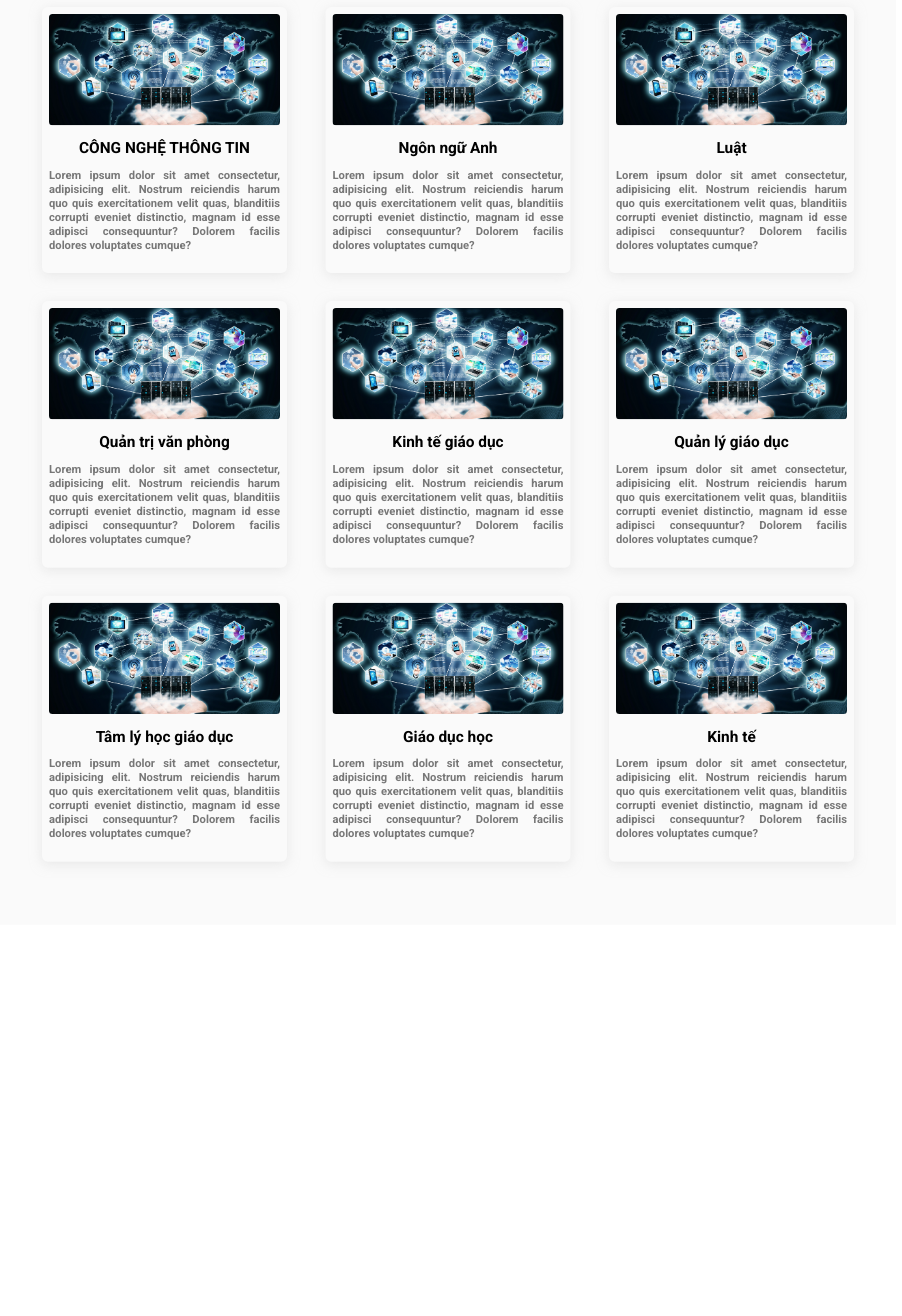
Repository: hongphuck1/trangweb1
Page: index.html
These files come from the project's save history. The page is drawn as it stood at one moment and after the next save; the edit follows.
The browser window is 1280 px wide. The page is 1288 px wide, so the pictures cover 1288 px, including what lies to the right of the window. The pictures show the part of the page from y = 2090 to 3970 px (the page is 4941 px tall), at 70% of full size.

Above is the page before, as saved 2021-09-07 02:19:33.

### index.html
<!DOCTYPE html>
<html lang="en">

<head>
  <meta charset="UTF-8" />
  <meta name="viewport" content="width=device-width, initial-scale=1, shrink-to-fit=no" />
  <meta http-equiv="x-ua-compatible" content="ie=edge" />
  <title>Material Design for Bootstrap</title>
  <!-- MDB icon -->
  <link rel="icon" href="img/SSS1.png" type="image/x-icon" />
  <!-- Font Awesome -->
  <link rel="stylesheet" href="https://use.fontawesome.com/releases/v5.15.2/css/all.css" />
  <!-- Google Fonts Roboto -->
  <link rel="stylesheet" href="https://fonts.googleapis.com/css2?family=Roboto:wght@300;400;500;700;900&display=swap" />
  <!-- MDB -->
  <link rel="stylesheet" href="css/style.css" />
  <link rel="stylesheet" href="css/base.css" />
  <link rel="stylesheet" href="css/grid.css" />
  <link rel="stylesheet" href="css/mdb.min.css" />
</head>

<body>
  <!-- Start your project here-->
  <div class="main">
    <!--Main Navigation-->
    <header>


      <!-- Navbar -->
      <nav class="navbar--opacity navbar navbar-expand-lg navbar-light fixed-top mask-custom shadow-0">
        <div class="container">

          <a class="navbar-brand nav-link" target="_blank" href="https://mdbootstrap.com/docs/standard/">
            <strong style="font-size: 2.2rem;">MRC</strong>
          </a>
          <button class="navbar-toggler navbar-toggler--opacity" type="button" data-mdb-toggle="collapse"
            data-mdb-target="#navbarSupportedContent" aria-controls="navbarSupportedContent" aria-expanded="false"
            aria-label="Toggle navigation">
            <i style="color: #ccc" class="fas fa-bars"></i>
          </button>
          <div class="collapse navbar-collapse" id="navbarSupportedContent">
            <ul class="navbar-nav me-auto mb-2 mb-lg-0">
              <li class="nav-item active">
                <a class="nav-link" aria-current="page" href="#intro">Giới thiệu</a>
              </li>
              <li class="nav-item">
                <a class="nav-link" href="https://www.facebook.com/MRC.NAEM" rel="nofollow" target="_blank">Hỏi đáp</a>
              </li>
              <li class="nav-item">
                <a class="nav-link" href="https://www.facebook.com/MRC.NAEM" target="_blank">Bài viết</a>
              </li>
              <li class="nav-item">
                <a class="nav-link" href="https://www.facebook.com/messages/t/101815085369835" target="_blank">Liên
                  hệ</a>
              </li>
            </ul>
            <ul class="navbar-nav list-inline">
              <!-- Icons -->
              <li class="">
                <a class="nav-link" href="https://www.youtube.com/channel/UCjl0s7v8m8V4IzuAS1fH-iA" rel="nofollow"
                  target="_blank">
                  <i class="fab fa-youtube"></i>
                </a>
              </li>
              <li class="">
                <a class="nav-link" href="https://www.facebook.com/MRC.NAEM" rel="nofollow" target="_blank">
                  <i class="fab fa-facebook-f"></i>
                </a>
              </li>
              <li class="nav-item">
                <a class="nav-link" href="https://www.tiktok.com/@mrcnaem" rel="nofollow" target="_blank">
                  <i class="fab fa-tiktok"></i>
                </a>
              </li>
              <li class="nav-item">
                <a class="nav-link" href="tel: 0349167687" rel="nofollow" target="_blank">
                  <i class="fas fa-envelope"></i>
                </a>
              </li>
            </ul>
          </div>
        </div>
      </nav>

      <!-- Carousel wrapper -->
      <div id="introCarousel" class="carousel slide carousel-fade shadow-2-strong" data-mdb-ride="carousel">
        <!-- Indicators -->
        <ol class="carousel-indicators">
          <li data-mdb-target="#introCarousel" data-mdb-slide-to="0" class="active"></li>
          <li data-mdb-target="#introCarousel" data-mdb-slide-to="1"></li>
          <li data-mdb-target="#introCarousel" data-mdb-slide-to="2"></li>
        </ol>

        <!-- Inner -->
        <div class="carousel-inner">
          <!-- Single item -->
          <div class="carousel-item active">
            <div class="mask" style="background-color: rgba(0, 0, 0, 0.6);">
              <div class="d-flex justify-content-center align-items-center h-100">
                <div class="text-white text-center">
                  <h1 style="font-size: 2.4rem;" class="mb-3">CLB TUYỂN SINH VÀ TRUYỀN THÔNG - MRC NAEM</h1>
                  <h5 style="font-size: 1.2rem;" class="mb-4">Hỗ trợ tư vấn - hướng nghiệp, trả lời những thắc mắc cho
                    học sinh và phụ huynh.</h5>

                  <a style="font-size: 1.8rem; " class="btn-DANGKI btn btn-outline-light btn-lg m-2"
                    href="https://www.facebook.com/MRC.NAEM" target="_blank" role="button">Đăng kí ngay</a>
                </div>
              </div>
            </div>
          </div>

          <!-- Single item -->
          <div class="carousel-item">
            <div class="mask" style="background-color: rgba(0, 0, 0, 0.3);">
              <div class="d-flex justify-content-center align-items-center h-100">
                <div class="text-white text-center">
                  <h1 style="font-size: 2.4rem;" class="mb-3">CLB TUYỂN SINH VÀ TRUYỀN THÔNG - MRC NAEM</h1>
                  <h5 style="font-size: 1.2rem;" class="mb-4">Hỗ trợ tư vấn - hướng nghiệp, trả lời những thắc mắc cho
                    học sinh và phụ huynh.</h5>

                  <a style="font-size: 1.8rem; " class="btn-DANGKI btn btn-outline-light btn-lg m-2"
                    href="https://www.facebook.com/MRC.NAEM" target="_blank" role="button">Đăng kí ngay</a>
                </div>
              </div>
            </div>
          </div>

          <!-- Single item -->
          <div class="carousel-item">
            <div class="mask" style="
                background: linear-gradient(
                  45deg,
                  rgba(29, 236, 197, 0.7),
                  rgba(91, 14, 214, 0.7) 100%
                );
              ">
              <div class="d-flex justify-content-center align-items-center h-100">
                <div class="text-white text-center">
                  <h1 style="font-size: 2.4rem;" class="mb-3">CLB TUYỂN SINH VÀ TRUYỀN THÔNG - MRC NAEM</h1>
                  <h5 style="font-size: 1.2rem;" class="mb-4">Hỗ trợ tư vấn - hướng nghiệp, trả lời những thắc mắc cho
                    học sinh và phụ huynh.</h5>

                  <a style="font-size: 1.8rem; " class="btn-DANGKI btn btn-outline-light btn-lg m-2"
                    href="https://www.facebook.com/MRC.NAEM" target="_blank" role="button">Đăng kí ngay</a>
                </div>
              </div>
            </div>
          </div>
        </div>
        <!-- Inner -->

        <!-- Controls -->
        <a class="carousel-control-prev" href="#introCarousel" role="button" data-mdb-slide="prev">
          <span class="carousel-control-prev-icon" aria-hidden="true"></span>
          <span class="sr-only">Previous</span>
        </a>
        <a class="carousel-control-next" href="#introCarousel" role="button" data-mdb-slide="next">
          <span class="carousel-control-next-icon" aria-hidden="true"></span>
          <span class="sr-only">Next</span>
        </a>
      </div>
      <!-- Carousel wrapper -->
    </header>


    <section>
      <div class="container-body">
        <div class="container-body-name">
          <h1>Thông Tin Tuyển Sinh</h1>
        </div>

        <div class="row">
          <div class="col l-6">
            <div class="container-body-content">
              <h2 class="container-body-content__name">Các Phương Án Xét Tuyển</h2>
              <div class="container-body-content-attention">
                <i class="fas fa-check-double"></i>
                <h4>Dựa vào học bạ (Điểm HK1 & HK2 lớp 11 và điểm HK1 lớp 12)</h4>
              </div>
              <div class="container-body-content-attention">
                <i class="fas fa-check-double"></i>
                <h4>Sử dụng kết quả thi THPT 2021</h4>
              </div>
              <div class="container-body-content-attention">
                <i class="fas fa-check-double"></i>

                <h4>Tuyển thẳng</h4>
              </div>
              <div class="container-body-content-attention">
                <i class="far fa-bell"></i>
                <h4>Cơ hội trúng tuyển cao khi có tới 70% chỉ tiêu qua xét tuyển học bạ</h4>
              </div>
              <div class="container-body-content-attention">
                <i class="far fa-plus-square"></i>
                <h4>Đặc biệt sinh viên được phép học thêm một ngành khác tại Học viện (Luật, Ngôn ngữ Anh, Tâm lý giáo
                  dục, Quản trị văn phòng, Giáo dục học, Quản lý giáo dục và Kinh tế giáo dục)</h4>
              </div>
            </div>
          </div>
          <div class="col l-6">
            <div class="container-body-img">
              <img src="img/klipartz.com_-1024x586.png" alt="">
            </div>
          </div>
        </div>


      </div>

      <div class="container-body-review">
        <div class="grid wide">
          <div class="row">
            <div class="col l-12">
              <img src="img/1-1.png" alt="">
              <div class="container-body-review__name">
                Học Viện Quản Lý Giáo Dục
              </div>
              <div class="container-body-review__title">
                Học Viện Quản Lý Giáo Dục (NAEM) là cơ sở giáo dục đại học trực thuộc Bộ Giáo Dục và Đào Tạo. Với bề dày
                lịch sử gần nửa thế kỉ xây dựng và phát triển, Học viện luôn giữ vai trò tiên phong trong sự nghiệp đào
                tạo, bồi dưỡng nguồn nhân lực chất lượng cao.
              </div>
            </div>
          </div>
        </div>
      </div>

      <div class="container-body-subjects">
        <h1>TỔNG HỢP NGÀNH HỌC</h1>

        <div class="grid wide">
          <div class="row">
            <div class="col l-4">
              <div class="container-body-subject">
                <img src="img/congnghethongtin.png" alt="">
                <h2>CÔNG NGHỆ THÔNG TIN</h2>
                <h4>Lorem ipsum dolor sit amet consectetur, adipisicing elit. Nostrum reiciendis harum quo quis
                  exercitationem velit quas, blanditiis corrupti eveniet distinctio, magnam id esse adipisci
                  consequuntur? Dolorem facilis dolores voluptates cumque?</h4>
              </div>
            </div>
            <div class="col l-4">
              <div class="container-body-subject">
                <img src="img/congnghethongtin.png" alt="">
                <h2>Ngôn ngữ Anh</h2>
                <h4>Lorem ipsum dolor sit amet consectetur, adipisicing elit. Nostrum reiciendis harum quo quis
                  exercitationem velit quas, blanditiis corrupti eveniet distinctio, magnam id esse adipisci
                  consequuntur? Dolorem facilis dolores voluptates cumque?</h4>
              </div>
            </div>
            <div class="col l-4">
              <div class="container-body-subject">
                <img src="img/congnghethongtin.png" alt="">
                <h2>Luật</h2>
                <h4>Lorem ipsum dolor sit amet consectetur, adipisicing elit. Nostrum reiciendis harum quo quis
                  exercitationem velit quas, blanditiis corrupti eveniet distinctio, magnam id esse adipisci
                  consequuntur? Dolorem facilis dolores voluptates cumque?</h4>
              </div>
            </div>

          </div>
          <div class="row">
            <div class="col l-4">
              <div class="container-body-subject">
                <img src="img/congnghethongtin.png" alt="">
                <h2>Quản trị văn phòng</h2>
                <h4>Lorem ipsum dolor sit amet consectetur, adipisicing elit. Nostrum reiciendis harum quo quis
                  exercitationem velit quas, blanditiis corrupti eveniet distinctio, magnam id esse adipisci
                  consequuntur? Dolorem facilis dolores voluptates cumque?</h4>
              </div>
            </div>
            <div class="col l-4">
              <div class="container-body-subject">
                <img src="img/congnghethongtin.png" alt="">
                <h2>Kinh tế giáo dục</h2>
                <h4>Lorem ipsum dolor sit amet consectetur, adipisicing elit. Nostrum reiciendis harum quo quis
                  exercitationem velit quas, blanditiis corrupti eveniet distinctio, magnam id esse adipisci
                  consequuntur? Dolorem facilis dolores voluptates cumque?</h4>
              </div>
            </div>
            <div class="col l-4">
              <div class="container-body-subject">
                <img src="img/congnghethongtin.png" alt="">
                <h2>
                  Quản lý giáo dục</h2>
                <h4>Lorem ipsum dolor sit amet consectetur, adipisicing elit. Nostrum reiciendis harum quo quis
                  exercitationem velit quas, blanditiis corrupti eveniet distinctio, magnam id esse adipisci
                  consequuntur? Dolorem facilis dolores voluptates cumque?</h4>
              </div>
            </div>

          </div>
          <div class="row">
            <div class="col l-4">
              <div class="container-body-subject">
                <img src="img/congnghethongtin.png" alt="">
                <h2>Tâm lý học giáo dục</h2>
                <h4>Lorem ipsum dolor sit amet consectetur, adipisicing elit. Nostrum reiciendis harum quo quis
                  exercitationem velit quas, blanditiis corrupti eveniet distinctio, magnam id esse adipisci
                  consequuntur? Dolorem facilis dolores voluptates cumque?</h4>
              </div>
            </div>
            <div class="col l-4">
              <div class="container-body-subject">
                <img src="img/congnghethongtin.png" alt="">
                <h2>Giáo dục học</h2>
                <h4>Lorem ipsum dolor sit amet consectetur, adipisicing elit. Nostrum reiciendis harum quo quis
                  exercitationem velit quas, blanditiis corrupti eveniet distinctio, magnam id esse adipisci
                  consequuntur? Dolorem facilis dolores voluptates cumque?</h4>
              </div>
            </div>
            <div class="col l-4">
              <div class="container-body-subject">
                <img src="img/congnghethongtin.png" alt="">
                <h2>Kinh tế</h2>
                <h4>Lorem ipsum dolor sit amet consectetur, adipisicing elit. Nostrum reiciendis harum quo quis
                  exercitationem velit quas, blanditiis corrupti eveniet distinctio, magnam id esse adipisci
                  consequuntur? Dolorem facilis dolores voluptates cumque?</h4>
              </div>
            </div>

          </div>
        </div>

    </section>

  </div>
  <!--Main Navigation-->
  <!-- End your project here-->

  <!-- MDB -->
  <script type="text/javascript" src="js/mdb.min.js"></script>
  <!-- Custom scripts -->
  <script type="text/javascript"></script>
</body>

</html>

### css/style.css

.main {

    height: 1000px;
}

/* Carousel styling */
#introCarousel,
.carousel-inner,
.carousel-item,
.carousel-item.active {
  height: 100vh;
}

.carousel-item:nth-child(1) {
  background-image: url('https://mdbootstrap.com/img/Photos/Others/images/76.jpg');
  background-repeat: no-repeat;
  background-size: cover;
  background-position: center center;
}

.carousel-item:nth-child(2) {
  background-image: url('https://mdbootstrap.com/img/Photos/Others/images/77.jpg');
  background-repeat: no-repeat;
  background-size: cover;
  background-position: center center;
}

.carousel-item:nth-child(3) {
  background-image: url('https://mdbootstrap.com/img/Photos/Others/images/78.jpg');
  background-repeat: no-repeat;
  background-size: cover;
  background-position: center center;
}

/* Height for devices larger than 576px */
@media (min-width: 992px) {
  #introCarousel {
    margin-top: -58.59px;
  }
}

.navbar .nav-link {
  color: #fff !important;
}



/* trèn đè css boottraps */

.nav-link {
  /* padding: 1.2rem 1rem !important; */
  font-size: 1.6rem;
  padding-right: 20px !important;
}

.nav-link:hover {
  /* padding: 1.2rem 1rem !important; */
  color: yellow !important;
  transition: color 0.5s ;
}


.btn-DANGKI:hover {
  color: yellow !important;
  border: 1px solid yellow !important;
  transition: 0.5s ;
}

.navbar-dark .navbar-toggler, .navbar-light .navbar-toggler {
  display: block;
}

.navbar--opacity {
  background-color: rgba(1,1,1,0.2);
}


@media only screen and (max-width: 600px) {
 .text-center h1 {
    font-size: 2.7rem !important;
    padding: 20px 0;
  }
  .carousel-control-next, .carousel-control-prev{
    display: none !important;
  }
  .text-center h5{
    padding: 0 20px;
    line-height: 1.9rem !important;
    font-size: 1.4rem !important;
  }
}


@import url('https://fonts.googleapis.com/css2?family=Poppins:wght@300;400;600;700&display=swap');
  :root {
    --primary: #08aeea;
    --secondary: #13D2B8;
    --purple: #bd93f9;
    --pink: #ff6bcb;
    --blue: #8be9fd;
    --gray: #333;
    --font: "Poppins", sans-serif;
    --gradient: linear-gradient(40deg, #ff6ec4, #7873f5);
    --shadow: 0 0 15px 0 rgba(0,0,0,0.05);
  }
  *,
  *:before,
  *:after {
    box-sizing: border-box;
  }
  html {
    font-size: 62.5%;
  }

  body {
    font-family: var(--font);
    font-size: 1.4rem;
    overflow-x: hidden;
    font-weight: 300;
  }

  img {
    display: block;
    max-width: 100%;
  }

  a {
    text-decoration: none;
  }

  input,
  button,
  textarea,
  select {
    font-family: var(--font);
    font-size: 1.4rem;
    font-weight: 300;
    outline: none;
    border: 0;
    margin: 0;
    padding: 0;
    border-radius: 0;
    -webkit-appearance: none;
  }

  button {
    cursor: pointer;
  }

          .simple-card {
            background-color: white;
            border-radius: 2rem;
            padding: 1.5rem;
            box-shadow: var(--shadow);
          }
          .simple-card-image {
            position: relative;
            height: 0;
            padding-bottom: 56.25%;
          }
          .simple-card-image > img {
            position: absolute;
            top: 0;
            left: 0;
            width: 100%;
            height: 100%;
            object-fit: cover;
            border-radius: 1rem;
          }
          .simple-card-content {
            padding: 3rem 1rem;
          }
          .simple-card-title {
            font-weight: 500;
            font-size: 2rem;
            line-height: 1.6;
            margin-bottom: 1.5rem;
            color: #2b2b2b;
          }
          .simple-card-desc {
            color: #c7cbdc;
            font-weight: 300;
            line-height: 1.6;
            font-size: 1.4rem;
            margin-bottom: 3rem;
          }
          .simple-card-line {
            width: 30%;
            height: 2px;
            margin-left: auto;
            background-color: var(--primary);
          }

          .container-body{
            padding-top: 40px;
            padding-bottom: 70px;
          }
          .container-body-name{
            text-align: center;
            padding: 40px 0 ;
          }
          .container-body-name h1{
            color: #000000;
            font-family: "Open Sans", Sans-serif;
            font-size: 35px;
            font-weight: 700;
            text-transform: capitalize;
          }

          .container-body-content{
           padding-left: 100px;
          }
          .container-body-content__name{
           font-size: 2.8rem;
           color: #000000;
           padding-bottom: 10px;
          }
          .container-body-content-attention{
          display: flex;
          align-items: center;
          padding: 4px 0;
          }
          .container-body-content-attention i{
            transform: translateY(-15%);
            padding-right: 10px;
            font-size: 1.8rem;
            color: var(--primary);
          }
          .container-body-content-attention h4{
            font-size: 1.8rem;
          }

          .container-body-img{
          padding: 0 50px ;
          }

.container-body-review {
  background-image: url(../img/Thiết\ kế\ không\ tên.png);
  background-repeat: no-repeat;
  background-size: cover;
  height: 100vh;
}

.container-body-review img {
  width: 150px;
  margin: auto;
  padding-top: 90px;
}


.container-body-review__name, .container-body-review__title {
  text-align: center;
  color: white;
padding-top: 20px;
}

.container-body-review__name {
  font-size: 3.8rem;
  padding: 4px 0;
  font-weight: 600;
}

.container-body-review__title {
  font-size: 1.9rem;
  padding: 0 200px;
}



/* TỔNG HỢP NGÀNH HỌC */

.container-body-subjects{
  padding: 70px 0;
  background-color: #fafafa;
}

.container-body-subjects h1 {
  text-align: center;
  padding-bottom: 40px;
  color: rgb(0, 0, 0);
    font-family: "Open Sans", sans-serif;
    font-size: 35px;
    font-weight: 700;
    text-transform: capitalize;
}

.container-body-subject {
  /* background-color: #c2c9dd; */
  text-align: center;
  color: #000000;
  margin: 20px;
  box-shadow: rgb(215 215 215 / 50%) 0px 4px 16px;
  border-radius: 8px;
}

.container-body-subject img {
  width: 100%;
  padding: 10px;
  border-radius: 15px;

}

.container-body-subject h2{
  padding: 10px 0;
  font-weight: 600;
  font-size: 2.2rem;
}

.container-body-subject h4{
  padding:  0 10px 30px;
  line-height: 2.0rem;
  text-align: justify;
  font-weight: 600;
  font-size: 1.6rem;
  color: #777;
}

### css/base.css
:root {
    --white-color: #fff;
    --black-color: #000;
    --text-color: rgb(110, 109, 109);
    --primary-color: #6EC1E4;
    --primary-color-sub: #fd3f00;
    --border-color: #dbdbdb;

    --header: 109px;
    --header-top: 36px;
    --navbar-height: 27px;
    --header-with-search-height: calc(var(--header-height) - var(--navbar-height));
    --header-sort-bar-height: 46px;
}


* {
    margin: 0;
    padding: 0;
    box-sizing: border-box;

}
.no-copy__text {
    user-select: none;
}
html {
    font-size: 62.5%;
    line-height: 1.6rem;
    font-family: 'Roboto', sans-serif;

    /* user-select: none;   không cho copy text */
}

body {
    height: 5000px;
}
@media only screen and  (max-width: 1000px) and (min-width: 700px) {
    html {
    }
}

Loaded but not shown: css/mdb.min.css (library); js/mdb.min.js (library); css/grid.css (590 lines, source omitted)

After the next save:
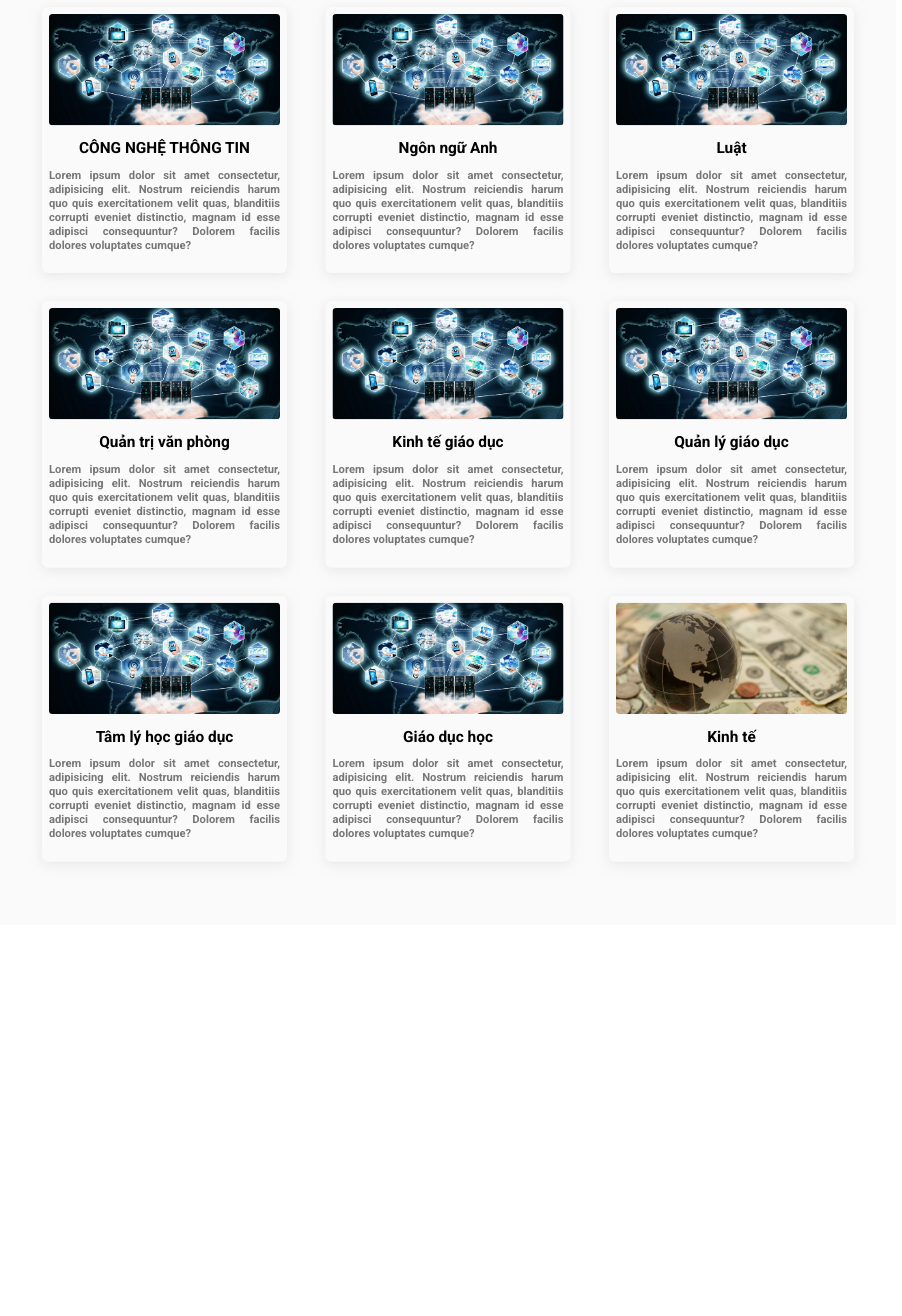
Saved 34 s later.
--- a/index.html
+++ b/index.html
@@ -311,7 +311,7 @@
             </div>
             <div class="col l-4">
               <div class="container-body-subject">
-                <img src="img/congnghethongtin.png" alt="">
+                <img src="img/kinhte.png" alt="">
                 <h2>Kinh tế</h2>
                 <h4>Lorem ipsum dolor sit amet consectetur, adipisicing elit. Nostrum reiciendis harum quo quis
                   exercitationem velit quas, blanditiis corrupti eveniet distinctio, magnam id esse adipisci
